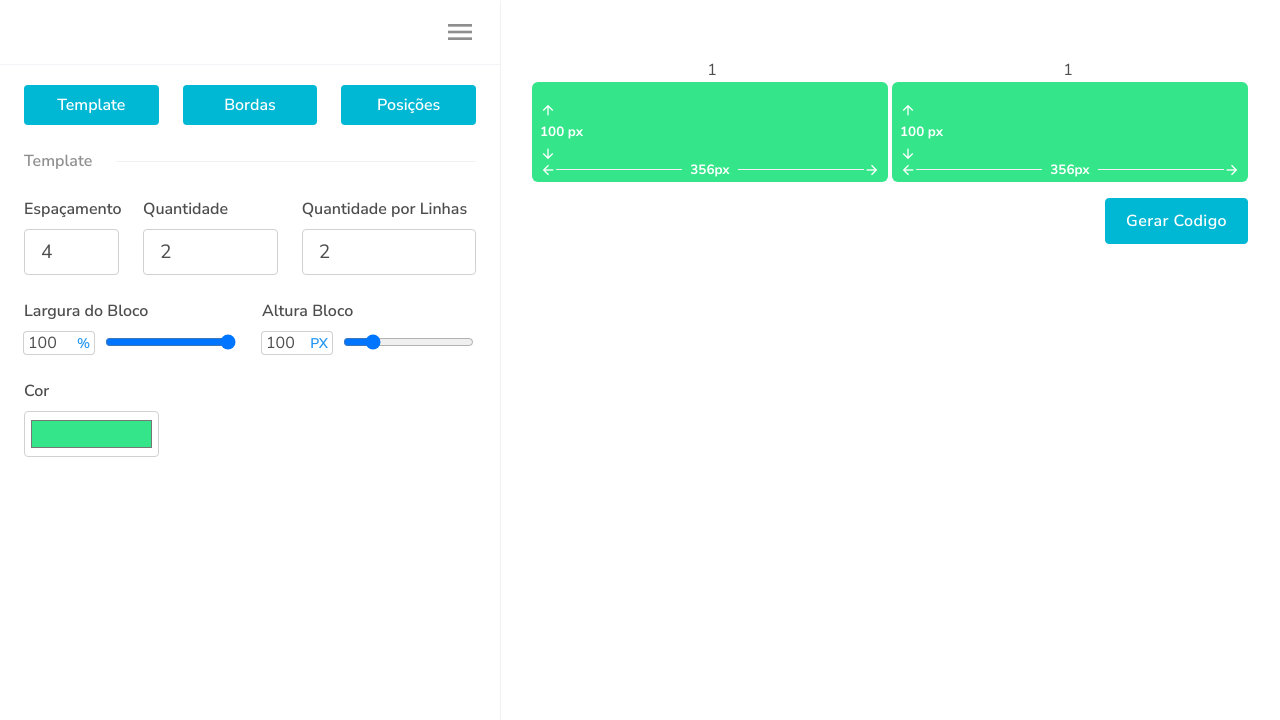
Repository: Flintdl/lowcode-elements
Page: /
The author's editor kept a copy of each file at every save. The page is drawn from the files as they stood at one save, then again after the next save.
The browser window is 1280 px wide. The pictures show the whole page.
The project was rebuilt for these pictures with package versions that can differ from the ones it lists, and the page was loaded fresh each time. Also part of the build but not shown: vue.config.js.

Above is the page before, as saved 2022-04-06 13:52:59.

### src/assets/scss/_variables.scss
// Primarys Colors
$standardTextColor: #4d4d4d;

$primaryColor: #8e6dff;
$secondaryColor: #009997;
$buttonDisableColor: #9c9c9c;
$buttonDisableBgColor: #7676764d;

// Menu Colors

$bgMenuColor: #1d1d1d;
$linkMenuColor: #7b8089;
$iconMenuColor: #2a2a2a;
$borderMenuColor: #323232;

// Botão Colors

$btnPrimary: #00b8d4;
$btnPrimaryHover: #0085b0;

// Generics Colors

$whiteColor: #ffffff;
$mutedColor: #8f8f8f;
$cardColor: #f3f4f7;
$cardColorLight: #f9fafc;
$cardColorLightTwo: #f1f5fc;
$greyLight: #d1d1d1;

// Dropdown Colors

$dropdownHeaderColor: #5f5f5f;
$dropdownColor: #ebffff;

// State Colors

$successColor: #3dc661;
$dangerColor: #e7515a;
$warningColor: #e2a03f;
$infoColor: #2196f3;
$defaultColor: #172b4d;
$lightColor: #e0e0e0;

### src/views/HomeView.vue
<template>
  <div>
    <div class="sf-row">
      <div
        id="sf-preview-code-content"
        class="sf-col-12 sf-mx-auto sf-position-relative"
      >
        <!-- <div class="sf-display-flex sf-flex-wrap sf-width-100">
          <div
            id="sf-grid-template"
            class="sf-grid sf-position-relative"
            :style="{
              width: cssProps.width,
              height: String(valorHeight) + 'px',
              left: inputGap / 2 + 'px',
            }"
            v-bind:key="n"
            v-for="n of quantidade"
          ></div>
        </div> -->
        <div id="sf-preview-code">
          <div class="sf-row">
            <div
              :class="[
                'sf-col-12 sf-text-center sf-display-flex sf-flex-wrap',
                'sf-justify-content-' + checkValue,
              ]"
            >
              <span
                v-bind:key="linha"
                :style="widthProps"
                class="sf-display-block"
                v-for="linha of Number(quantidadeLinha)"
              >
                1
              </span>
            </div>
          </div>
          <div
            :style="gapProps"
            :class="[
              'sf-display-flex sf-flex-wrap sf-width-100',
              'sf-justify-content-' + checkValue,
            ]"
          >
            <DivGrid
              v-bind:key="n"
              v-for="n of quantidade"
              :tamanho="String(valor)"
              :altura="String(valorHeight)"
              :cssDefinido="cssProps"
              class="sf-position-relative"
            />
          </div>
        </div>
      </div>
      <div class="sf-col-12 sf-mt-3 sf-display-flex sf-justify-content-end">
        <button class="sf-btn sf-btn-primary" @click="gerarCodigo">
          Gerar Codigo
        </button>
      </div>
    </div>
    <div class="sf-row" v-if="htmlPreviewCode">
      <div class="sf-col-12 sf-mx-auto sf-mt-5 sf-code-content">
        <div class="sf-bg-code sf-p-4 sf-border-radius">
          <code>
            <span class="sf-text-info">Código do Preview</span> <br />
            {{ htmlPreviewCode }}
          </code>
        </div>
      </div>
    </div>
  </div>
</template>

<script>
// @ is an alias to /src

import DivGrid from "@/components/templates/DivGrid.vue";

export default {
  name: "HomeView",
  data: function () {
    return {
      htmlPreviewCode: null,
      gridLinhas: null,
    };
  },
  components: {
    DivGrid,
  },
  props: {
    valor: String,
    inputGap: String,
    quantidade: Number,
    valorHeight: String,
    quantidadeLinha: String,
    inputBorderRadius: String,
    checkValue: String,
    inputColor: String,
    inputBorder: String,
    inputBorderColor: String,
    inputBorderTipo: String,
  },
  computed: {
    cssProps() {
      return {
        width: `calc((${this.valor}% - ${this.inputGap}px * ${
          this.quantidadeLinha - "1"
        }) / ${this.quantidadeLinha})`,
        height: this.valorHeight + "px",
        "border-radius": this.inputBorderRadius + "px",
        "background-color": this.inputColor,
        border:
          this.inputBorder +
          "px" +
          " " +
          this.inputBorderTipo +
          " " +
          this.inputBorderColor,
      };
    },
    gapProps() {
      return {
        gap: this.inputGap + "px",
      };
    },
    widthProps() {
      return {
        width: `calc((${this.valor}% - ${this.inputGap}px * ${
          this.quantidadeLinha - "1"
        }) / ${this.quantidadeLinha})`,
      };
    },
  },
  methods: {
    gerarCodigo() {
      this.htmlPreviewCode =
        document.getElementById("sf-preview-code").innerHTML;
    },
  },
};
</script>

<style>
#sf-grid-template:after {
  content: "";
  width: 100%;
  height: 150%;
  top: -25%;
  background-color: #ff008c0a;
  border: 1px solid rgba(255, 0, 140, 0.103);
  border-left: 2px solid #ff008c38;
  border-right: 2px solid #ff008c38;
  position: absolute;
}
</style>

### src/components/templates/InputGapTemplate.vue
<template>
  <div class="sf-col-3 sf-form-group">
    <label class="sf-label">Espaçamento</label>
    <input
      type="number"
      min="1"
      max="12"
      value="2"
      id="inputGap"
      v-model="valor"
      class="filter-states sf-text-capitalize"
      placeholder="Quantidade de Blocos"
    />
  </div>
</template>

<script>
export default {
  props: {
    valorInput: String,
  },
  computed: {
    valor: {
      get() {
        var inp = this.valorInput;
        return inp;
      },
      set(valorInput) {
        this.$emit("callback", valorInput);
      },
    },
  },
};
</script>

<style></style>

### src/components/templates/InputQuantidadeTemplate.vue
<template>
  <div class="sf-col-4 sf-form-group">
    <label class="sf-label">Quantidade</label>
    <input
      type="number"
      value="1"
      id="inputQuantidade"
      v-model="valor"
      class="filter-states sf-text-capitalize"
      placeholder="Quantidade de Blocos"
    />
  </div>
</template>

<script>
export default {
  props: {
    valorInput: String,
  },
  computed: {
    valor: {
      get() {
        var inp = this.valorInput;
        return inp;
      },
      set(valorInput) {
        this.$emit("callback", valorInput);
      },
    },
  },
};
</script>

<style></style>

### src/components/templates/InputQuantLinhasTemplate.vue
<template>
  <div class="sf-col-5 sf-form-group">
    <label class="sf-label">Quantidade por Linhas</label>
    <input
      type="number"
      min="1"
      max="12"
      value="1"
      id="inputQuantidadeLinha"
      v-model="valor"
      class="filter-states sf-text-capitalize"
      placeholder="Quantidade Linha"
    />
  </div>
</template>

<script>
export default {
  props: {
    valorInput: String,
  },
  computed: {
    valor: {
      get() {
        var inp = this.valorInput;
        return inp;
      },
      set(valorInput) {
        this.$emit("callback", valorInput);
      },
    },
  },
};
</script>

<style></style>

### src/components/templates/InputLarguraBloco.vue
<template>
  <div class="sf-col-6 sf-form-group">
    <label class="sf-label">Largura do Bloco</label>
    <div class="sf-input-group">
      <div
        class="sf-input-group-append sf-display-flex sf-justify-content-center"
      >
        <div
          class="sf-display-flex sf-align-items-center sf-justify-content-center sf-border-left-0 sf-border-radius sf-border-radius-left-0 sf-pr-2 sf-text-info sf-font-weight-bold sf-min-80-px"
        >
          <div class="sf-input-group">
            <input
              type="number"
              value="1"
              min="1"
              max="100"
              v-model="valor"
              class="sf-text-md sf-height-fit-content sf-pr-0 sf-pl-1 sf-border-right-0 sf-border-radius-right-0 sf-text-capitalize"
              placeholder="Curva da Borda"
            />
            <div
              class="sf-input-group-append sf-display-flex sf-justify-content-center"
            >
              <div
                class="sf-display-flex sf-align-items-center sf-border sf-justify-content-center sf-border-left-0 sf-border-radius sf-border-radius-left-0 sf-pr-1 sf-text-info sf-font-weight-bold sf-text-sm"
              >
                %
              </div>
            </div>
          </div>
        </div>
      </div>
      <input
        type="range"
        min="10"
        max="100"
        value="10"
        id="inputRange"
        v-model="valor"
        class="sf-px-0 sf-border-right-0 sf-border-radius-right-0 sf-text-capitalize"
      />
    </div>
  </div>
</template>

<script>
export default {
  props: {
    valorInput: String,
  },
  computed: {
    valor: {
      get() {
        var inp = this.valorInput;
        return inp;
      },
      set(valorInput) {
        this.$emit("callback", valorInput);
      },
    },
  },
};
</script>

<style></style>

### src/components/templates/InputAlturaBloco.vue
<template>
  <div class="sf-col-6 sf-form-group">
    <label class="sf-label">Altura Bloco</label>
    <div class="sf-input-group">
      <div
        class="sf-input-group-append sf-display-flex sf-justify-content-center"
      >
        <div
          class="sf-display-flex sf-align-items-center sf-justify-content-center sf-border-left-0 sf-border-radius sf-border-radius-left-0 sf-pr-2 sf-text-info sf-font-weight-bold sf-min-80-px"
        >
          <div class="sf-input-group">
            <input
              type="number"
              value="1"
              min="1"
              max="500"
              v-model="valor"
              class="sf-text-md sf-height-fit-content sf-pr-0 sf-pl-1 sf-border-right-0 sf-border-radius-right-0 sf-text-capitalize"
              placeholder="Curva da Borda"
            />
            <div
              class="sf-input-group-append sf-display-flex sf-justify-content-center"
            >
              <div
                class="sf-display-flex sf-align-items-center sf-border sf-justify-content-center sf-border-left-0 sf-border-radius sf-border-radius-left-0 sf-pr-1 sf-text-info sf-font-weight-bold sf-text-sm"
              >
                PX
              </div>
            </div>
          </div>
        </div>
      </div>
      <input
        type="range"
        min="10"
        max="500"
        id="valorHeight"
        v-model="valor"
        class="sf-px-0 sf-border-right-0 sf-border-radius-right-0 sf-text-capitalize"
      />
    </div>
  </div>
</template>

<script>
export default {
  props: {
    valorInput: String,
  },
  computed: {
    valor: {
      get() {
        var inp = this.valorInput;
        return inp;
      },
      set(valorInput) {
        this.$emit("callback", valorInput);
      },
    },
  },
};
</script>

<style></style>

### src/components/templates/InputBorderRadiusBloco.vue
<template>
  <div class="sf-col-6 sf-form-group">
    <label class="sf-label">Curva da Borda</label>
    <div class="sf-input-group">
      <div
        class="sf-input-group-append sf-display-flex sf-justify-content-center"
      >
        <div
          class="sf-display-flex sf-align-items-center sf-justify-content-center sf-border-left-0 sf-border-radius sf-border-radius-left-0 sf-pr-2 sf-text-info sf-font-weight-bold sf-min-80-px"
        >
          <div class="sf-input-group">
            <input
              type="number"
              value="1"
              min="1"
              max="50"
              v-model="valor"
              class="sf-text-md sf-height-fit-content sf-pr-0 sf-pl-1 sf-border-right-0 sf-border-radius-right-0 sf-text-capitalize"
              placeholder="Curva da Borda"
            />
            <div
              class="sf-input-group-append sf-display-flex sf-justify-content-center"
            >
              <div
                class="sf-display-flex sf-align-items-center sf-border sf-justify-content-center sf-border-left-0 sf-border-radius sf-border-radius-left-0 sf-pr-1 sf-text-info sf-font-weight-bold sf-text-sm"
              >
                PX
              </div>
            </div>
          </div>
        </div>
      </div>
      <input
        type="range"
        value="1"
        min="1"
        max="50"
        id="inputBorderRadius"
        v-model="valor"
        class="sf-px-0 sf-border-right-0 sf-border-radius-right-0 sf-text-capitalize"
        placeholder="Curva da Borda"
      />
    </div>
  </div>
</template>

<script>
export default {
  props: {
    valorInput: String,
  },
  computed: {
    valor: {
      get() {
        var inp = this.valorInput;
        return inp;
      },
      set(valorInput) {
        this.$emit("callback", valorInput);
      },
    },
  },
};
</script>

<style></style>

### src/components/templates/InputBorderBloco.vue
<template>
  <div class="sf-col-6 sf-form-group">
    <label class="sf-label">Tamanho da Borda</label>
    <div class="sf-input-group">
      <div
        class="sf-input-group-append sf-display-flex sf-justify-content-center"
      >
        <div
          class="sf-display-flex sf-align-items-center sf-justify-content-center sf-border-left-0 sf-border-radius sf-border-radius-left-0 sf-pr-2 sf-text-info sf-font-weight-bold sf-min-80-px"
        >
          <div class="sf-input-group">
            <input
              type="number"
              value="1"
              min="1"
              max="50"
              v-model="valor"
              class="sf-text-md sf-height-fit-content sf-pr-0 sf-pl-1 sf-border-right-0 sf-border-radius-right-0 sf-text-capitalize"
              placeholder="Curva da Borda"
            />
            <div
              class="sf-input-group-append sf-display-flex sf-justify-content-center"
            >
              <div
                class="sf-display-flex sf-align-items-center sf-border sf-justify-content-center sf-border-left-0 sf-border-radius sf-border-radius-left-0 sf-pr-1 sf-text-info sf-font-weight-bold sf-text-sm"
              >
                PX
              </div>
            </div>
          </div>
        </div>
      </div>
      <input
        type="range"
        value="1"
        min="0"
        max="24"
        id="inputBorder"
        v-model="valor"
        class="sf-px-0 sf-border-right-0 sf-border-radius-right-0 sf-text-capitalize"
        placeholder="Curva da Borda"
      />
    </div>
  </div>
</template>

<script>
export default {
  props: {
    valorInput: String,
  },
  computed: {
    valor: {
      get() {
        var inp = this.valorInput;
        return inp;
      },
      set(valorInput) {
        this.$emit("callback", valorInput);
      },
    },
  },
};
</script>

<style></style>

### src/components/templates/InputPosicaoBloco.vue
<template>
  <div class="sf-row">
    <div class="sf-col-12 sf-form-group">
      <span
        class="sf-text-md sf-font-weight-bold sf-text-muted sf-display-flex sf-align-items-center"
      >
        Posições
        <hr class="sf-width-100 sf-ml-4" />
      </span>
    </div>
    <div class="sf-col-auto sf-form-group">
      <input
        id="start"
        type="radio"
        name="positionDivs"
        v-model="valor"
        value="start"
        checked
      />
      <label for="start"> Esquerda</label>
    </div>

    <div class="sf-col-auto sf-form-group">
      <input
        type="radio"
        id="center"
        name="positionDivs"
        v-model="valor"
        value="center"
      />
      <label for="center"> Centro</label>
    </div>

    <div class="sf-col-auto sf-form-group">
      <input
        type="radio"
        id="end"
        name="positionDivs"
        v-model="valor"
        value="end"
      />
      <label for="end"> Final</label>
    </div>
    <div class="sf-col-auto sf-form-group">
      <input
        type="radio"
        id="between"
        name="positionDivs"
        v-model="valor"
        value="between"
      />
      <label for="between"> Laterais</label>
    </div>
    <div class="sf-col-auto sf-form-group">
      <input
        type="radio"
        id="around"
        name="positionDivs"
        v-model="valor"
        value="around"
      />
      <label for="around"> Meio</label>
    </div>
  </div>
</template>

<script>
export default {
  props: {
    valorInput: String,
  },
  computed: {
    valor: {
      get() {
        var inp = this.valorInput;
        return inp;
      },
      set(valorInput) {
        this.$emit("callback", valorInput);
      },
    },
  },
};
</script>

<style></style>

### src/components/templates/InputBorderCorBloco.vue
<template>
  <div class="sf-col sf-form-group">
    <label class="sf-label">Cor</label>
    <input
      type="color"
      id="inputBorderColor"
      v-model="valor"
      class="sf-p-1 sf-text-capitalize"
      placeholder="Quantidade de Blocos"
    />
  </div>
</template>

<script>
export default {
  props: {
    valorInput: String,
  },
  computed: {
    valor: {
      get() {
        var inp = this.valorInput;
        return inp;
      },
      set(valorInput) {
        this.$emit("callback", valorInput);
      },
    },
  },
};
</script>

<style></style>

### src/components/templates/InputBorderTipoBloco.vue
<template>
  <div class="sf-col-10 sf-form-group">
    <label class="sf-label">Tipo de Borda</label>
    <select
      id="inputBorderTipo"
      v-model="control"
      :items="items"
      @change="onSelectType"
      class="sf-text-capitalize"
    >
      <option
        v-bind:key="item.value"
        :value="item.value"
        :disabled="!item.value"
        v-for="item of items"
      >
        {{ item.label }}
      </option>
    </select>
  </div>
</template>

<script>
export default {
  props: {
    valorInput: String,
  },
  data: () => {
    return {
      items: [
        { label: "Solid", value: "solid" },
        { label: "Dashed", value: "dashed" },
      ],
    };
  },
  computed: {
    control: {
      get() {
        return this.valorInput;
      },
      set(valorInput) {
        this.$emit("callback", valorInput);
      },
    },
  },
  methods: {
    onSelectType(event) {
      this.$emit("change", event);
    },
  },
};
</script>

<style></style>

### src/components/templates/DivGrid.vue
<template>
  <div
    class="sf-position-relative sf-overflow-hidden"
    :style="cssDefinido"
    ref="container"
  >
    <div
      class="sf-height-position sf-position-absolute sf-display-flex sf-flex-column sf-px-2"
    >
      <i
        class="mdi mdi-arrow-up sf-text-md sf-text-white sf-dropdown-action"
      ></i>
      <span class="sf-text-white sf-font-weight-extra-bold sf-text-center">
        {{ altura }}
        px
      </span>
      <i
        class="mdi mdi-arrow-down sf-text-md sf-text-white sf-dropdown-action"
      ></i>
    </div>
    <div
      class="sf-width-position sf-width-100 sf-position-absolute sf-display-flex sf-align-items-center sf-px-2"
    >
      <i
        class="mdi mdi-arrow-left sf-text-md sf-text-white sf-dropdown-action"
      ></i>
      <hr class="sf-width-100 sf-mr-2" />
      <span class="sf-text-white sf-font-weight-extra-bold sf-text-center">
        {{ larguraPixel }}px
      </span>
      <hr class="sf-width-100 sf-ml-2" />
      <i
        class="mdi mdi-arrow-right sf-text-md sf-text-white sf-dropdown-action"
      ></i>
    </div>
  </div>
</template>

<script>
export default {
  data() {
    return {
      larguraPixel: null,
    };
  },
  mounted() {
    this.larguraPixel = this.$refs.container?.offsetWidth;
  },

  props: {
    cssDefinido: Object,
    tamanho: String,
    altura: String,
  },
  created() {
    this.$watch("tamanho", () => {
      this.larguraPixel = this.$refs.container?.offsetWidth;
    });
  },
};
</script>

<style lang="scss" scoped>
.sf-height-position,
.sf-width-position {
  font-size: 1.4ch;
}
.sf-height-position {
  transform: translateY(-50%);
  left: 0;
  top: 50%;
}
.sf-width-position {
  transform: translateX(-50%);
  bottom: 0;
  left: 50%;
}
</style>

Loaded but not shown: public/index.html (common file); src/main.js (common file); src/App.vue (common file); src/registerServiceWorker.js (common file); src/router/index.js (common file); src/assets/scss/materialdesignicons.scss (9 lines, source omitted); src/assets/scss/style.scss (4102 lines, source omitted); src/components/Menu/MenuTemplate.vue (297 lines, source omitted); src/assets/scss/menu.scss (402 lines, source omitted); src/assets/scss/standard.scss (381 lines, source omitted)

After the next save:
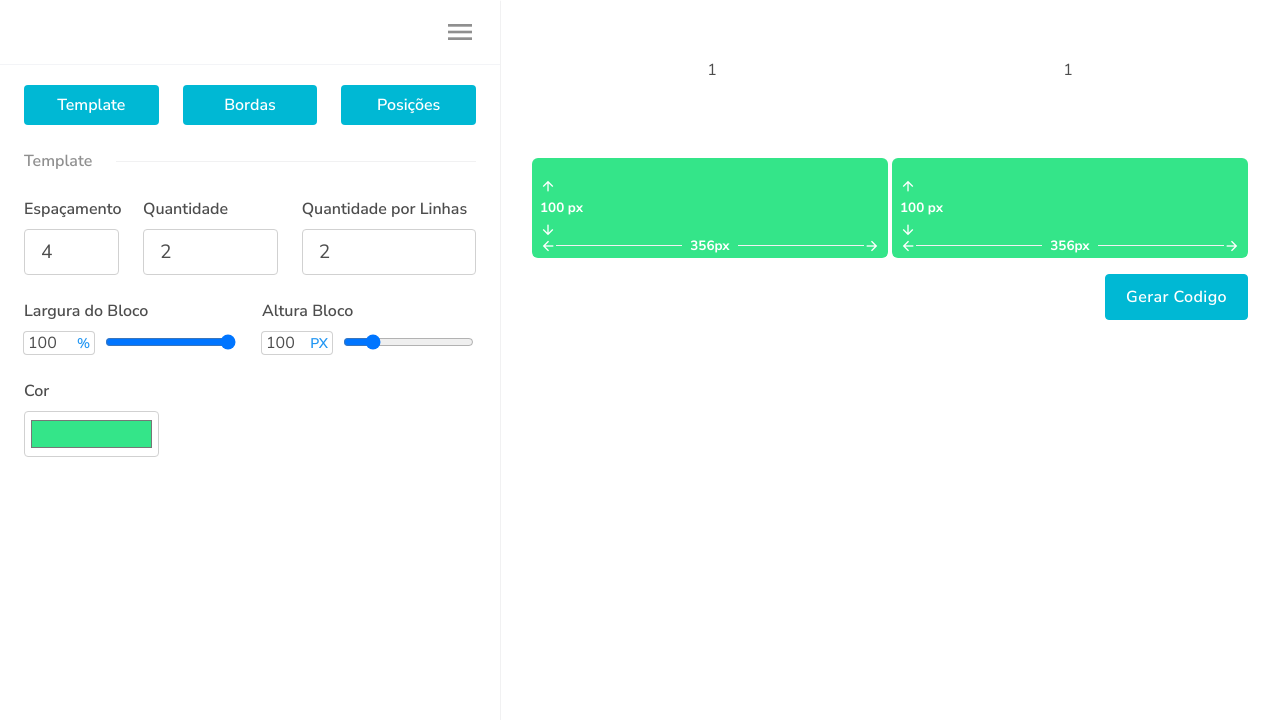
Saved 40 s later.
--- a/src/views/HomeView.vue
+++ b/src/views/HomeView.vue
@@ -130,6 +130,7 @@ export default {
         width: `calc((${this.valor}% - ${this.inputGap}px * ${
           this.quantidadeLinha - "1"
         }) / ${this.quantidadeLinha})`,
+        height: this.valorHeight + "px",
       };
     },
   },
